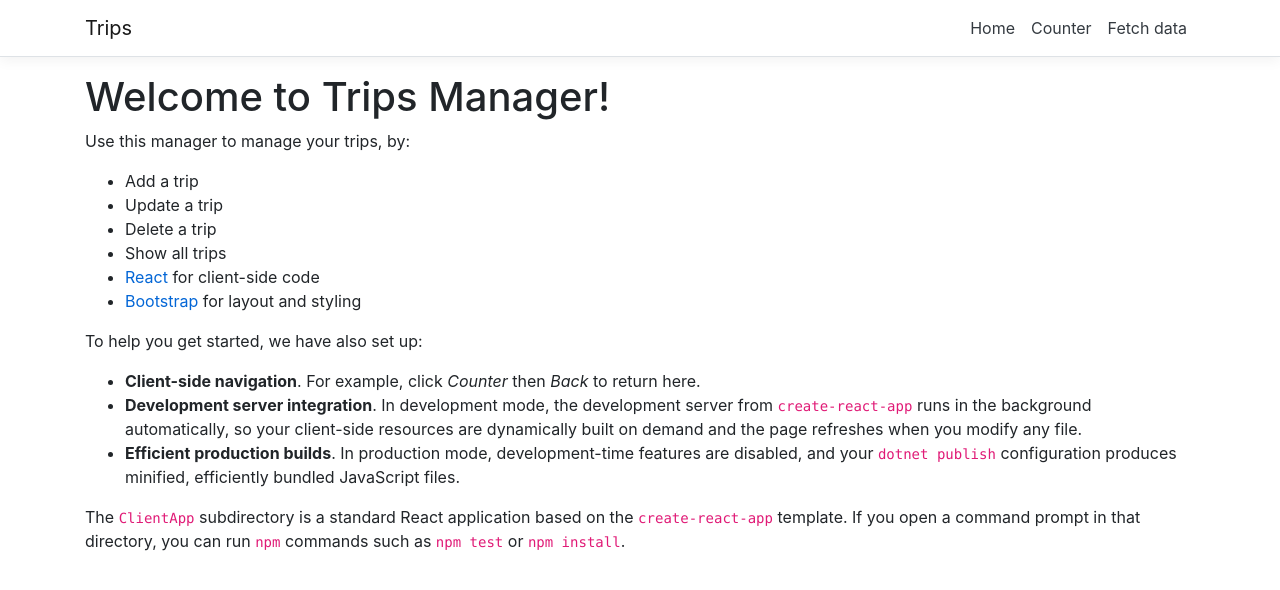
Repository: DevLuDaley/Trips
Page: / (app in ClientApp/)
The author's editor kept a copy of each file at every save. The page is drawn from the files as they stood at one save, then again after a run of saves.
The browser window is 1280 px wide. The pictures show the whole page.
The project was rebuilt for these pictures with package versions that can differ from the ones it lists, and the page was loaded fresh each time. Also part of the build but not shown: ClientApp/src/components/FetchData.js, ClientApp/src/components/Counter.js, ClientApp/src/components/Trip/Trips.jsx.

Above is the page before, as saved 2020-11-06 10:49:14.

### ClientApp/public/index.html
<!DOCTYPE html>
<html lang="en">
  <head>
    <meta charset="utf-8">
    <meta name="viewport" content="width=device-width, initial-scale=1, shrink-to-fit=no">
    <meta name="theme-color" content="#000000">
    <base href="%PUBLIC_URL%/" />
    <!--
      manifest.json provides metadata used when your web app is added to the
      homescreen on Android. See https://developers.google.com/web/fundamentals/engage-and-retain/web-app-manifest/
    -->
    <link rel="manifest" href="%PUBLIC_URL%/manifest.json">
    <link rel="shortcut icon" href="%PUBLIC_URL%/favicon.ico">
    <!--
      Notice the use of %PUBLIC_URL% in the tags above.
      It will be replaced with the URL of the `public` folder during the build.
      Only files inside the `public` folder can be referenced from the HTML.

      Unlike "/favicon.ico" or "favicon.ico", "%PUBLIC_URL%/favicon.ico" will
      work correctly both with client-side routing and a non-root public URL.
      Learn how to configure a non-root public URL by running `npm run build`.
    -->
    <title>Trips</title>
  </head>
  <body>
    <noscript>
      You need to enable JavaScript to run this app.
    </noscript>
    <div id="root"></div>
    <!--
      This HTML file is a template.
      If you open it directly in the browser, you will see an empty page.

      You can add webfonts, meta tags, or analytics to this file.
      The build step will place the bundled scripts into the <body> tag.

      To begin the development, run `npm start` or `yarn start`.
      To create a production bundle, use `npm run build` or `yarn build`.
    -->
  </body>
</html>

### ClientApp/src/App.js
import React, { Component } from 'react';
import { Route } from 'react-router';
import { Layout } from './components/Layout';
import { Home } from './components/Home';
import { FetchData } from './components/FetchData';
import { Counter } from './components/Counter';

import './custom.css'
import Trips from './components/Trip/Trips.jsx';

export default class App extends Component {
  static displayName = App.name;

  render () {
    return (
      <Layout>
        <Route exact path='/' component={Home} />
        <Route path='/counter' component={Counter} />
        <Route path='/fetch-data' component={FetchData} />
        <Route path='/trips' component={Trips} />
      </Layout>
    );
  }
}

### ClientApp/src/components/Home.js
import React, { Component } from 'react';

export class Home extends Component {
  static displayName = Home.name;

  render () {
    return (
      <div>
        <h1>Welcome to Trips Manager!</h1>
        <p>Use this manager to manage your trips, by:</p>
        <ul>
          <li>Add a trip</li>
          <li>Update a trip</li>
          <li>Delete a trip</li>
          <li>Show all trips</li>
          <li><a href='https://facebook.github.io/react/'>React</a> for client-side code</li>
          <li><a href='http://getbootstrap.com/'>Bootstrap</a> for layout and styling</li>
        </ul>
        <p>To help you get started, we have also set up:</p>
        <ul>
          <li><strong>Client-side navigation</strong>. For example, click <em>Counter</em> then <em>Back</em> to return here.</li>
          <li><strong>Development server integration</strong>. In development mode, the development server from <code>create-react-app</code> runs in the background automatically, so your client-side resources are dynamically built on demand and the page refreshes when you modify any file.</li>
          <li><strong>Efficient production builds</strong>. In production mode, development-time features are disabled, and your <code>dotnet publish</code> configuration produces minified, efficiently bundled JavaScript files.</li>
        </ul>
        <p>The <code>ClientApp</code> subdirectory is a standard React application based on the <code>create-react-app</code> template. If you open a command prompt in that directory, you can run <code>npm</code> commands such as <code>npm test</code> or <code>npm install</code>.</p>
      </div>
    );
  }
}

### ClientApp/src/components/NavMenu.js
import React, { Component } from 'react';
import { Collapse, Container, Navbar, NavbarBrand, NavbarToggler, NavItem, NavLink } from 'reactstrap';
import { Link } from 'react-router-dom';
import './NavMenu.css';

export class NavMenu extends Component {
  static displayName = NavMenu.name;

  constructor (props) {
    super(props);

    this.toggleNavbar = this.toggleNavbar.bind(this);
    this.state = {
      collapsed: true
    };
  }

  toggleNavbar () {
    this.setState({
      collapsed: !this.state.collapsed
    });
  }

  render () {
    return (
      <header>
        <Navbar className="navbar-expand-sm navbar-toggleable-sm ng-white border-bottom box-shadow mb-3" light>
          <Container>
            <NavbarBrand tag={Link} to="/trips">Trips</NavbarBrand>
            <NavbarToggler onClick={this.toggleNavbar} className="mr-2" />
            <Collapse className="d-sm-inline-flex flex-sm-row-reverse" isOpen={!this.state.collapsed} navbar>
              <ul className="navbar-nav flex-grow">
                <NavItem>
                  <NavLink tag={Link} className="text-dark" to="/">Home</NavLink>
                </NavItem>
                <NavItem>
                  <NavLink tag={Link} className="text-dark" to="/counter">Counter</NavLink>
                </NavItem>
                <NavItem>
                  <NavLink tag={Link} className="text-dark" to="/fetch-data">Fetch data</NavLink>
                </NavItem>
              </ul>
            </Collapse>
          </Container>
        </Navbar>
      </header>
    );
  }
}

Loaded but not shown: ClientApp/src/index.js (common file); ClientApp/src/registerServiceWorker.js (common file); ClientApp/src/components/Layout.js (common file); ClientApp/src/custom.css (common file); ClientApp/src/components/NavMenu.css (common file)

After the next 2 saves:
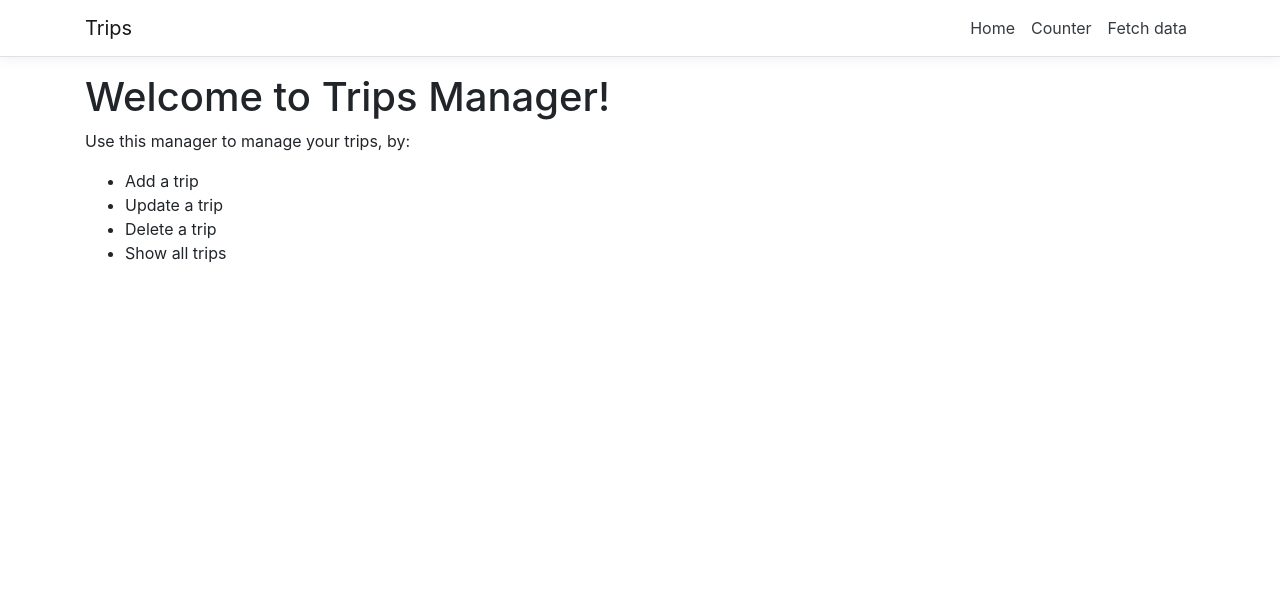
The 2 saves are shown as one change because 1 did not build or start.
The last was saved 83 s later.
--- a/ClientApp/src/components/Home.js
+++ b/ClientApp/src/components/Home.js
@@ -13,16 +13,7 @@ export class Home extends Component {
           <li>Update a trip</li>
           <li>Delete a trip</li>
           <li>Show all trips</li>
-          <li><a href='https://facebook.github.io/react/'>React</a> for client-side code</li>
-          <li><a href='http://getbootstrap.com/'>Bootstrap</a> for layout and styling</li>
         </ul>
-        <p>To help you get started, we have also set up:</p>
-        <ul>
-          <li><strong>Client-side navigation</strong>. For example, click <em>Counter</em> then <em>Back</em> to return here.</li>
-          <li><strong>Development server integration</strong>. In development mode, the development server from <code>create-react-app</code> runs in the background automatically, so your client-side resources are dynamically built on demand and the page refreshes when you modify any file.</li>
-          <li><strong>Efficient production builds</strong>. In production mode, development-time features are disabled, and your <code>dotnet publish</code> configuration produces minified, efficiently bundled JavaScript files.</li>
-        </ul>
-        <p>The <code>ClientApp</code> subdirectory is a standard React application based on the <code>create-react-app</code> template. If you open a command prompt in that directory, you can run <code>npm</code> commands such as <code>npm test</code> or <code>npm install</code>.</p>
       </div>
     );
   }
